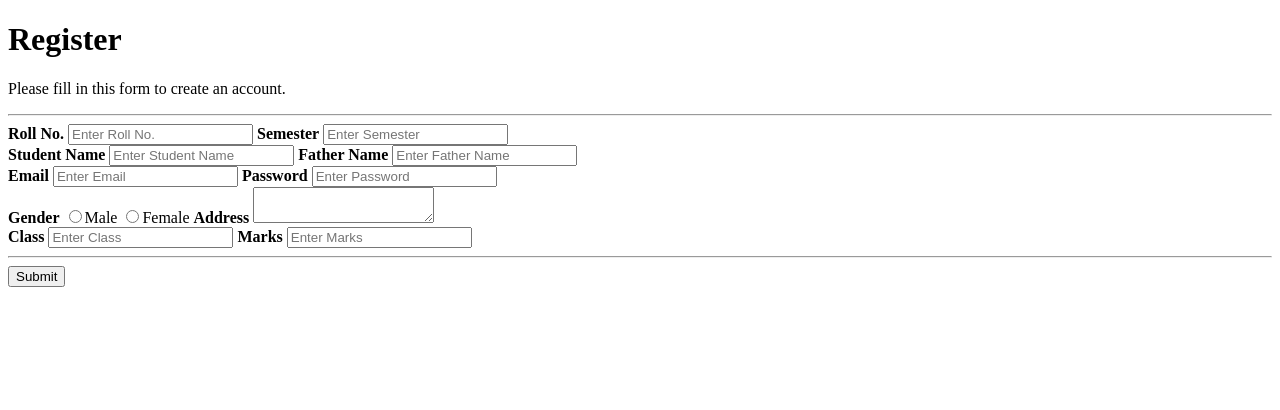
Repository: laxmichauhan/Student-Data-Insertion
Page: Application1/WebContent/register.html
These files come from the project's save history. The page is drawn as it stood at one moment and after the next save; the edit follows.
The browser window is 1280 px wide. The pictures show the whole page.

Above is the page before, as saved 2019-02-19 07:27:53.

### Application1/WebContent/register.html
<!DOCTYPE html>
<html>
<head>
<meta charset="ISO-8859-1">
<title>Insert title here</title>
</head>
<body>
<form action="Register" method="post">
  <div class="container">
    <h1>Register</h1>
    <p>Please fill in this form to create an account.</p>
    <hr>
     <label for="RollNo"><b>Roll No.</b></label>
    <input type="text" placeholder="Enter Roll No." name="rollno" required>

     <label for="Semester"><b>Semester</b></label>
    <input type="text" placeholder="Enter Semester" name="sem" required><br>

    <label for="Student Name"><b>Student Name</b></label>
    <input type="text" placeholder="Enter Student Name" name="name" required>

	<label for="Father Name"><b>Father Name</b></label>
    <input type="text" placeholder="Enter Father Name" name="fname" required><br>

    <label for="email"><b>Email</b></label>
    <input type="text" placeholder="Enter Email" name="email" required>

    <label for="psw"><b>Password</b></label>
    <input type="password" placeholder="Enter Password" name="psw" required><br>

    <label for="Gender"><b>Gender</b></label>
    <input type="radio" name="gender" value="Male"/>Male
     <input type="radio" name="gender" value="Female"/>Female

    <label for="Address"><b>Address</b></label>
    <textarea name="address"></textarea><br>

    <label for="Class"><b>Class</b></label>
    <input type="text" placeholder="Enter Class" name="class" required>

     <label for="Marks"><b>Marks</b></label>
    <input type="text" placeholder="Enter Marks" name="Marks" required><br>
    <hr>
    <button type="submit">Submit</button>
  </div>
</form>
</form>

</body>
</html>

After the next save:
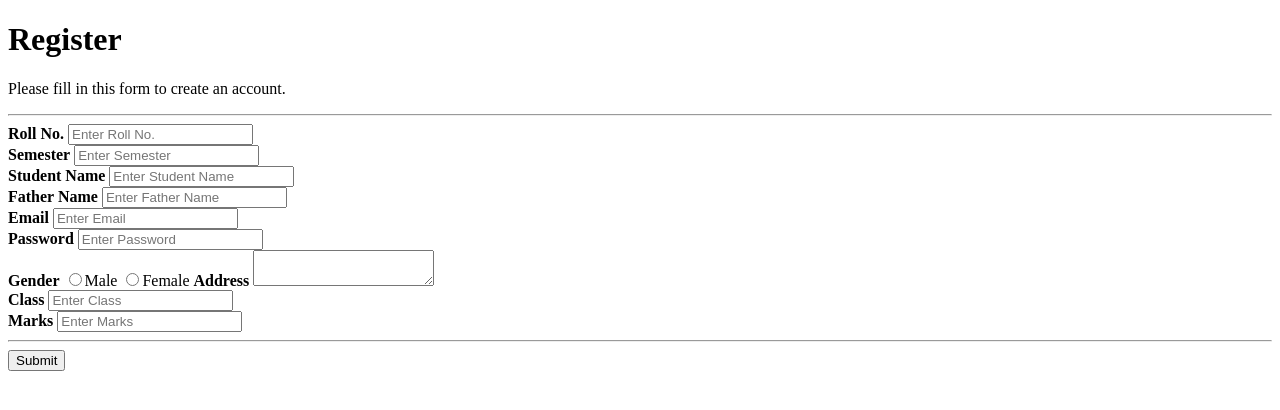
Saved 80 s later.
--- a/Application1/WebContent/register.html
+++ b/Application1/WebContent/register.html
@@ -11,19 +11,19 @@
     <p>Please fill in this form to create an account.</p>
     <hr>
      <label for="RollNo"><b>Roll No.</b></label>
-    <input type="text" placeholder="Enter Roll No." name="rollno" required>
+    <input type="text" placeholder="Enter Roll No." name="rollno" required><br>
 
      <label for="Semester"><b>Semester</b></label>
     <input type="text" placeholder="Enter Semester" name="sem" required><br>
 
     <label for="Student Name"><b>Student Name</b></label>
-    <input type="text" placeholder="Enter Student Name" name="name" required>
+    <input type="text" placeholder="Enter Student Name" name="name" required><br>
 
 	<label for="Father Name"><b>Father Name</b></label>
     <input type="text" placeholder="Enter Father Name" name="fname" required><br>
 
     <label for="email"><b>Email</b></label>
-    <input type="text" placeholder="Enter Email" name="email" required>
+    <input type="text" placeholder="Enter Email" name="email" required><br>
 
     <label for="psw"><b>Password</b></label>
     <input type="password" placeholder="Enter Password" name="psw" required><br>
@@ -36,7 +36,7 @@
     <textarea name="address"></textarea><br>
 
     <label for="Class"><b>Class</b></label>
-    <input type="text" placeholder="Enter Class" name="class" required>
+    <input type="text" placeholder="Enter Class" name="class" required><br>
 
      <label for="Marks"><b>Marks</b></label>
     <input type="text" placeholder="Enter Marks" name="Marks" required><br>
